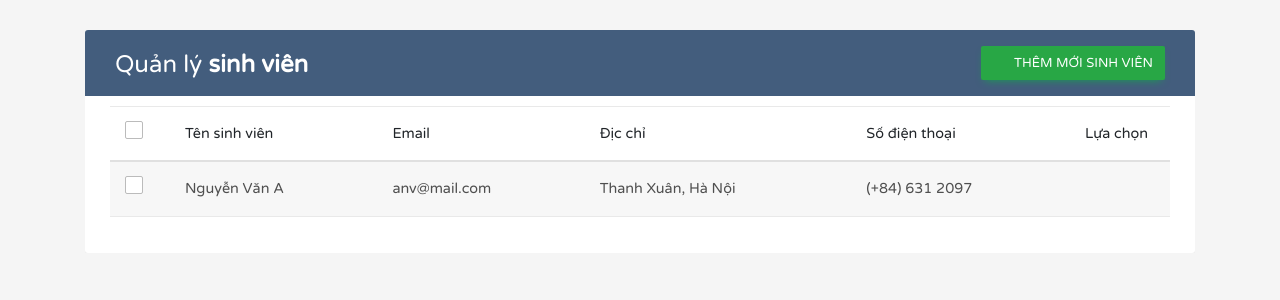
Repository: TinhTT336/MD02_Session06
Page: /
These files come from the project's save history. The page is drawn as it stood at one moment and after a run of saves; the edit follows.
The browser window is 1280 px wide. The pictures show the whole page.
Some web libraries are served in a nearby version. The project was rebuilt for these pictures with package versions that can differ from the ones it lists, and the page was loaded fresh each time. Also part of the build but not shown: vite.config.js, src/App.css, src/mini_project/TodoList.jsx, src/mini_project/Todo.jsx, src/base/Input.jsx, src/base/Radio.jsx, src/base/Checkbox.jsx, src/Homework/AddModal.jsx and 13 more.

Above is the page before, as saved 2023-09-04 17:39:43.

After the next 3 saves:
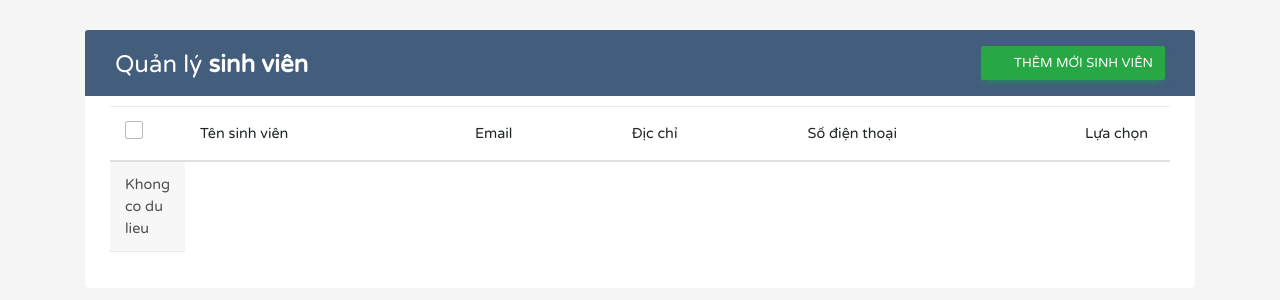
The 3 saves are shown as one change because 2 did not build or start.
The last was saved 3 min 40 s later.
--- a/src/Manager_Student/List_Student.jsx
+++ b/src/Manager_Student/List_Student.jsx
@@ -63,42 +63,44 @@ export default function List_Student() {
                                 </tr>
                             </thead>
                             <tbody>
-                                <tr>
-                                    <td>
-                                        <span className="custom-checkbox">
-                                            <input
-                                                type="checkbox"
-                                                id="checkbox5"
-                                            />
-                                            <label htmlFor="checkbox5" />
-                                        </span>
-                                    </td>
-                                    <td>Nguyễn Văn A</td>
-                                    <td>anv@mail.com</td>
-                                    <td>Thanh Xuân, Hà Nội</td>
-                                    <td>(+84) 631 2097</td>
-                                    <td>
-                                        <a className="edit" >
-                                            <i
-                                                className="material-icons"
-                                                title="Edit"
+                                {listStudent.length === 0 ? (<tr><td>Khong co du lieu</td></tr>) : (<>{listStudent.map(st => (
+                                    <tr>
+                                        <td>
+                                            <span className="custom-checkbox">
+                                                <input
+                                                    type="checkbox"
+                                                    id="checkbox5"
+                                                />
+                                                <label htmlFor="checkbox5" />
+                                            </span>
+                                        </td>
+                                        <td>Nguyễn Văn A</td>
+                                        <td>anv@mail.com</td>
+                                        <td>Thanh Xuân, Hà Nội</td>
+                                        <td>(+84) 631 2097</td>
+                                        <td>
+                                            <a className="edit" >
+                                                <i
+                                                    className="material-icons"
+                                                    title="Edit"
+                                                >
+                                                    
+                                                </i>
+                                            </a>
+                                            <a
+                                                href="#deleteEmployeeModal"
+                                                className="delete"
                                             >
-                                                
-                                            </i>
-                                        </a>
-                                        <a
-                                            href="#deleteEmployeeModal"
-                                            className="delete"
-                                        >
-                                            <i
-                                                className="material-icons"
-                                                title="Delete"
-                                            >
-                                                
-                                            </i>
-                                        </a>
-                                    </td>
-                                </tr>
+                                                <i
+                                                    className="material-icons"
+                                                    title="Delete"
+                                                >
+                                                    
+                                                </i>
+                                            </a>
+                                        </td>
+                                    </tr>
+                                ))}</>)}
 
                             </tbody>
                         </table>
